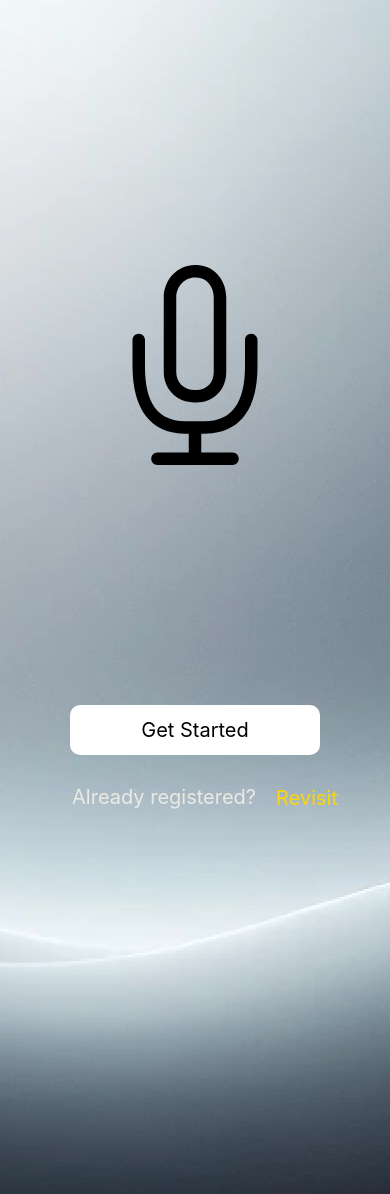
Repository: mortiestmorty1/recordings-app
Screen: / (app in frontend/)
The author's editor kept a copy of each file at every save. The screen is drawn from the files as they stood at one save, then again after the next save.
The app was drawn by React Native's web renderer in a window 390 px wide. The project was rebuilt for these pictures with package versions that can differ from the ones it lists, and the page was loaded fresh each time. Also part of the build but not shown: frontend/components/registerUser.js.

Above is the screen before, as saved 2024-03-08 02:08:28.

### frontend/App.js
import { StatusBar } from 'expo-status-bar';
import { StyleSheet, View } from 'react-native';
import RegisterUser from './components/registerUser.js';
import React from 'react';
import FirstScreen from './components/firstscreen.js';

export default function App() {
  const handleRegistrationSuccess = (userData) => {
    console.log('User registered:', userData);
  };

  return (
    <View style={styles.container}>
      <FirstScreen />
      {/* <RegisterUser onSubmit={handleRegistrationSuccess} /> */}
      <StatusBar style="auto" />
    </View>
  );
}

const styles = StyleSheet.create({
  container: {
    flex: 1,
    backgroundColor: '#fff',
    alignItems: 'center',
    justifyContent: 'center',
  },
});

### frontend/components/firstscreen.js
import React from 'react';
import { View, Text, StyleSheet, TouchableOpacity, ImageBackground } from 'react-native';
import { Svg, Path } from 'react-native-svg';
import background from '../assets/background.png'; // Ensure this path is correct

const FirstScreen = () => {
  return (
    <View style={styles.container}>
      <ImageBackground
        source={background}
        resizeMode="cover"
        style={styles.imageBackground}
      >
        <Svg style={styles.logo} fill="#000000" width="200" height="200" viewBox="0 0 1024 1024">
          <Path d="M510.88 704h7.6C607.44 704 672 638.4 672 548.032V166.624C672 73.184 604.56 0 518.466 0h-7.584C423.264 0 352 74.752 352 166.624v381.408C352 636.944 420.304 704 510.88 704zM416 166.624C416 110.032 458.56 64 510.88 64h7.6C569.504 64 608 108.128 608 166.624v381.408C608 603.024 572.032 640 518.464 640h-7.584c-55.872 0-94.88-37.808-94.88-91.968zM800 352c-17.68 0-32 14.336-32 32v133.072c0 190.4-67.968 282.929-207.744 282.929H465.12c-182.8 0-209.12-153.84-209.12-282.928V384.001c0-17.664-14.336-32-32-32s-32 14.336-32 32v133.072c0 220.496 91.888 346.928 273.12 346.928H480v96H320c-17.664 0-32 14.336-32 32s14.336 32 32 32h384c17.664 0 32-14.336 32-32s-14.336-32-32-32H544v-96h16.256C684.224 864.001 832 803.809 832 517.072V384c0-17.664-14.32-32-32-32z" />
        </Svg>
        <View style={styles.content}>
          <TouchableOpacity style={styles.btn1} onPress={() => console.log("Get Started pressed")}>
            <Text style={styles.btnText1}>Get Started</Text>
          </TouchableOpacity>
        <View style={styles.simple}>
          <Text style={styles.text}>Already registered?</Text>
          <TouchableOpacity style={styles.btn2} onPress={() => console.log("Revisit pressed")}>
            <Text style={styles.btnText2}>Revisit</Text>
          </TouchableOpacity>
          </View>
        </View>
      </ImageBackground>
    </View>
  );
};

const styles = StyleSheet.create({
  container: {
    flex: 1,
    width: '100%',
    height: '100%',
    justifyContent: 'center',
    alignItems: 'center',
  },
  imageBackground: {
    flex: 1,
    width: '100%',
    justifyContent: 'center',
    alignItems: 'center',
  },
  logo: {
    height: 200,
  },
  text: {
    fontSize: 20,
    margin: 20,
    color: '#ECEAE2',
  },
  content: {
    justifyContent: 'center',
    alignItems: 'center',
    top: 250,
  },
  btn1: {
    width: 250,
    height: 50,
    backgroundColor: 'white',
    borderRadius: 10,
    justifyContent: 'center',
    alignItems: 'center',
    bottom: 10,
  },
  btnText1: {
    color: 'black',
    fontSize: 20,
    fontWeight: 'heavy',
  },
  simple:{
    flexDirection: 'row', // Aligns children (text and button) horizontally
    alignItems: 'center',
  },
  btn2: {
    height: 50,
    justifyContent: 'center',
    alignItems: 'center',
    top: 1,
  },
    btnText2: {
        color: 'black',
        fontSize: 20,
        fontWeight: 'heavy',
        color:'gold',
    },
});

export default FirstScreen;

After the next save:
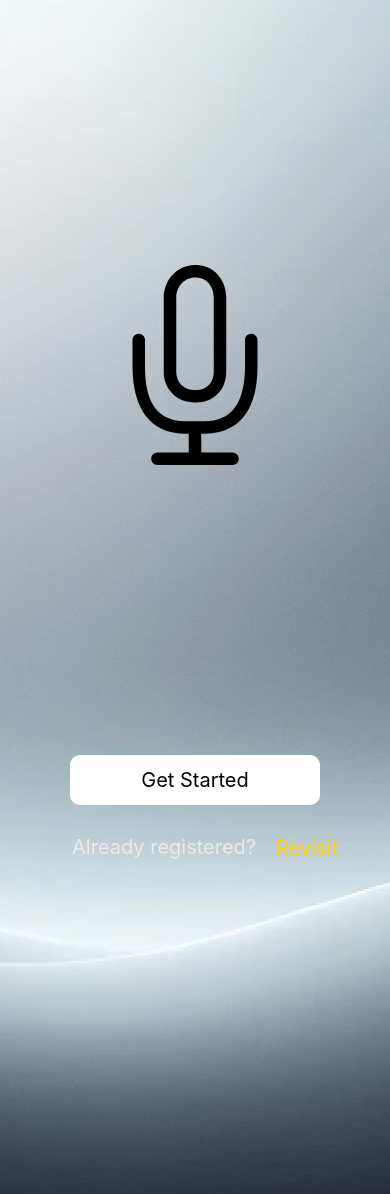
Saved 4 s later.
--- a/frontend/components/firstscreen.js
+++ b/frontend/components/firstscreen.js
@@ -45,7 +45,7 @@
     alignItems: 'center',
   },
   logo: {
-    height: 200,
+    height: 300,
   },
   text: {
     fontSize: 20,

After the save that followed:
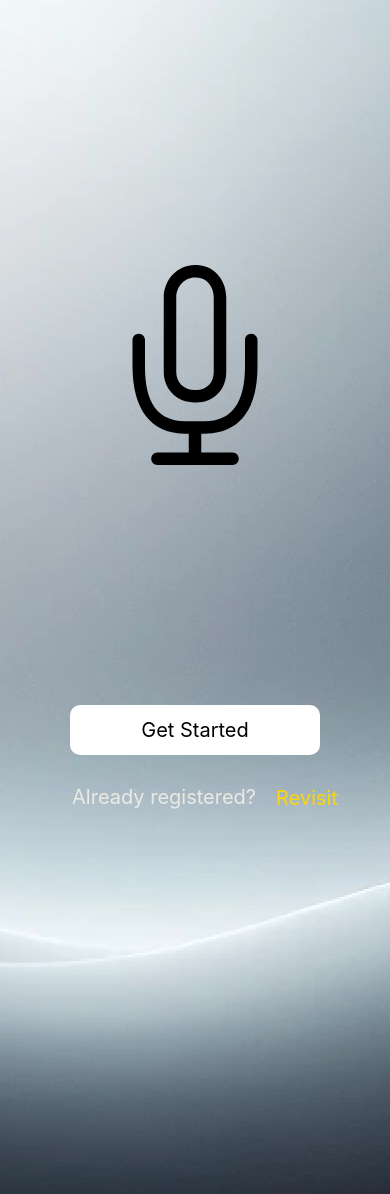
Saved 6 s later.
--- a/frontend/components/firstscreen.js
+++ b/frontend/components/firstscreen.js
@@ -45,7 +45,7 @@
     alignItems: 'center',
   },
   logo: {
-    height: 300,
+    bottom: 100,
   },
   text: {
     fontSize: 20,
